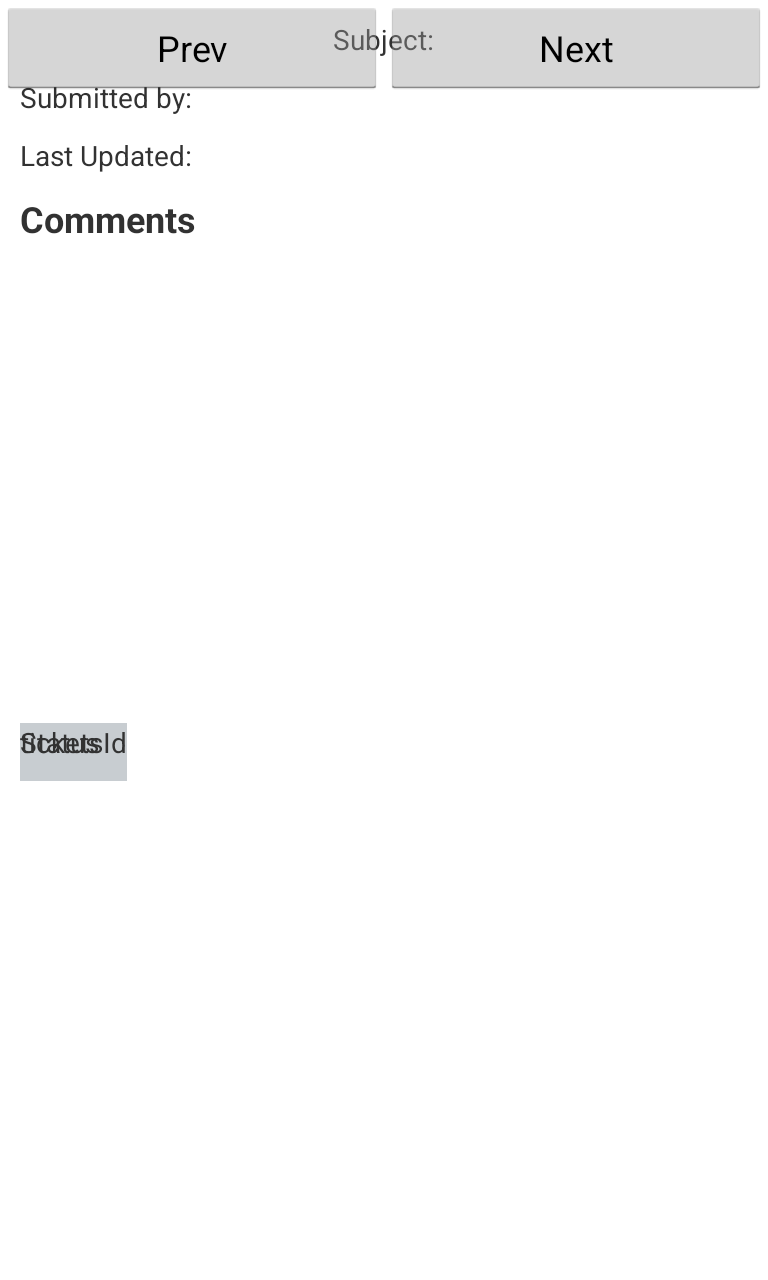
Repository: Pradeep-appstute/First
Layout: Control/res/layout/ticketdetails_view.xml
The author's editor kept a copy of each file at every save. The layout is drawn from the files as they stood at one save, then again after the next save.
It is drawn on a 768 x 1280 px phone screen (xhdpi) without system bars, with theme AppTheme; the app's code is not run. Lists and similar views that code fills are empty.

Above is the layout before, as saved 2014-02-28 10:00:56.

### Control/res/layout/ticketdetails_view.xml
<?xml version="1.0" encoding="utf-8"?>
<RelativeLayout xmlns:android="http://schemas.android.com/apk/res/android"
    android:layout_width="match_parent"
    android:layout_height="match_parent" >

    <LinearLayout
        android:layout_width="match_parent"
        android:layout_height="match_parent"
        android:orientation="vertical"
        android:padding="10dip" >

        <LinearLayout
            android:layout_width="match_parent"
            android:layout_height="wrap_content"
            android:layout_marginBottom="10dp"
            android:gravity="center_horizontal"
            android:orientation="horizontal" >

            <TextView
                android:layout_width="wrap_content"
                android:layout_height="wrap_content"
                android:text="@string/ticketdetails_subject" />

            <TextView
                android:id="@+id/textViewSubjectValue"
                android:layout_width="wrap_content"
                android:layout_height="wrap_content"
                android:text="" />
        </LinearLayout>

        <LinearLayout
            android:layout_width="match_parent"
            android:layout_height="wrap_content"
            android:layout_marginBottom="10dp"
            android:orientation="horizontal" >

            <TextView
                android:layout_width="wrap_content"
                android:layout_height="wrap_content"
                android:text="@string/ticketdetails_submittedby" />

            <TextView
                android:id="@+id/textViewSubmittedByValue"
                android:layout_width="wrap_content"
                android:layout_height="wrap_content"
                android:text="" />
        </LinearLayout>

        <LinearLayout
            android:layout_width="match_parent"
            android:layout_height="wrap_content"
            android:layout_marginBottom="10dp"
            android:orientation="horizontal" >

            <TextView
                android:layout_width="wrap_content"
                android:layout_height="wrap_content"
                android:text="@string/ticketdetails_lastupdated" />

            <TextView
                android:id="@+id/textViewLastUpdatedValue"
                android:layout_width="wrap_content"
                android:layout_height="wrap_content"
                android:text="" />
        </LinearLayout>

        <TextView
            android:layout_width="wrap_content"
            android:layout_height="wrap_content"
            android:text="@string/ticketdetails_comments"
            android:textSize="18dip"
            android:textStyle="bold" />

        <ListView
            android:id="@+id/listViewComment"
            android:layout_width="match_parent"
            android:layout_height="240dp" >
        </ListView>

        <RelativeLayout
            android:layout_width="wrap_content"
            android:layout_height="wrap_content"
            android:background="#4345" >

            <LinearLayout
                android:layout_width="wrap_content"
                android:layout_height="wrap_content"
                android:layout_marginBottom="10dp"
                android:gravity="center_horizontal"
                android:orientation="horizontal" >

                <TextView
                    android:layout_width="wrap_content"
                    android:layout_height="wrap_content"
                    android:text="@string/ticketdetails_ticketsId" />

                <TextView
                    android:id="@+id/textViewticketsIdValue"
                    android:layout_width="wrap_content"
                    android:layout_height="wrap_content"
                    android:text="" />
            </LinearLayout>

            <LinearLayout
                android:layout_width="wrap_content"
                android:layout_height="wrap_content"
                android:layout_marginBottom="10dp"
                android:gravity="center_horizontal"
                android:orientation="horizontal" >

                <TextView
                    android:layout_width="wrap_content"
                    android:layout_height="wrap_content"
                    android:text="@string/ticketdetails_status" />

                <TextView
                    android:id="@+id/textViewStatusValue"
                    android:layout_width="wrap_content"
                    android:layout_height="wrap_content"
                    android:text="" />
            </LinearLayout>
        </RelativeLayout>
    </LinearLayout>

    <LinearLayout
        android:layout_width="match_parent"
        android:layout_height="wrap_content"
        android:orientation="horizontal" >

        <Button
            android:layout_width="fill_parent"
            android:layout_height="wrap_content"
            android:layout_weight="1"
            android:text="@string/ticketdetails_prev" />

        <Button
            android:id="@+id/textViewSubmittedByValue"
            android:layout_width="fill_parent"
            android:layout_height="wrap_content"
            android:layout_weight="1"
            android:text="@string/ticketdetails_next" />
    </LinearLayout>

</RelativeLayout>

### Control/res/values/strings.xml
<?xml version="1.0" encoding="utf-8"?>
<resources>

    <string name="app_name">Control</string>
    <string name="action_settings">Settings</string>
    <string name="Login">Login</string>
    <string name="forgotusername">Forgot Username</string>
    <string name="forgotpassword">Forgot Password</string>

    <!-- AlertDialog -->
    <string name="ok">OK</string>
    <string name="yes">YES</string>
    <string name="no">NO</string>
    <!-- Slider Menu -->
    <string name="emptystring">Control</string>
    <string name="textViewListHeaderMSG">MASERGY</string>

    <!-- Submit Screen -->
    <string name="name">Name:</string>
    <string name="email">Email:</string>
    <string name="phone">Phone:</string>
    <string name="subject">Subject:</string>
    <string name="bundle">Bundle:</string>
    <string name="description">Description:</string>
    <string name="createticket">Create Tciket</string>

    <!-- Ticket Detail Screen -->
    <string name="ticketdetails_subject">Subject:</string>
    <string name="ticketdetails_submittedby">Submitted by:</string>
    <string name="ticketdetails_lastupdated">Last Updated:</string>
    <string name="ticketdetails_comments">Comments</string>
     <string name="ticketdetails_ticketsId">ticketsId</string>
      <string name="ticketdetails_status">Status</string>
    <string name="ticketdetails_next">Next</string>
    <string name="ticketdetails_prev">Prev</string>

</resources>

Loaded but not shown: Control/res/values/styles.xml (common file); Control/res/values-v11/styles.xml (common file); Control/res/values-v14/styles.xml (common file)

After the next save:
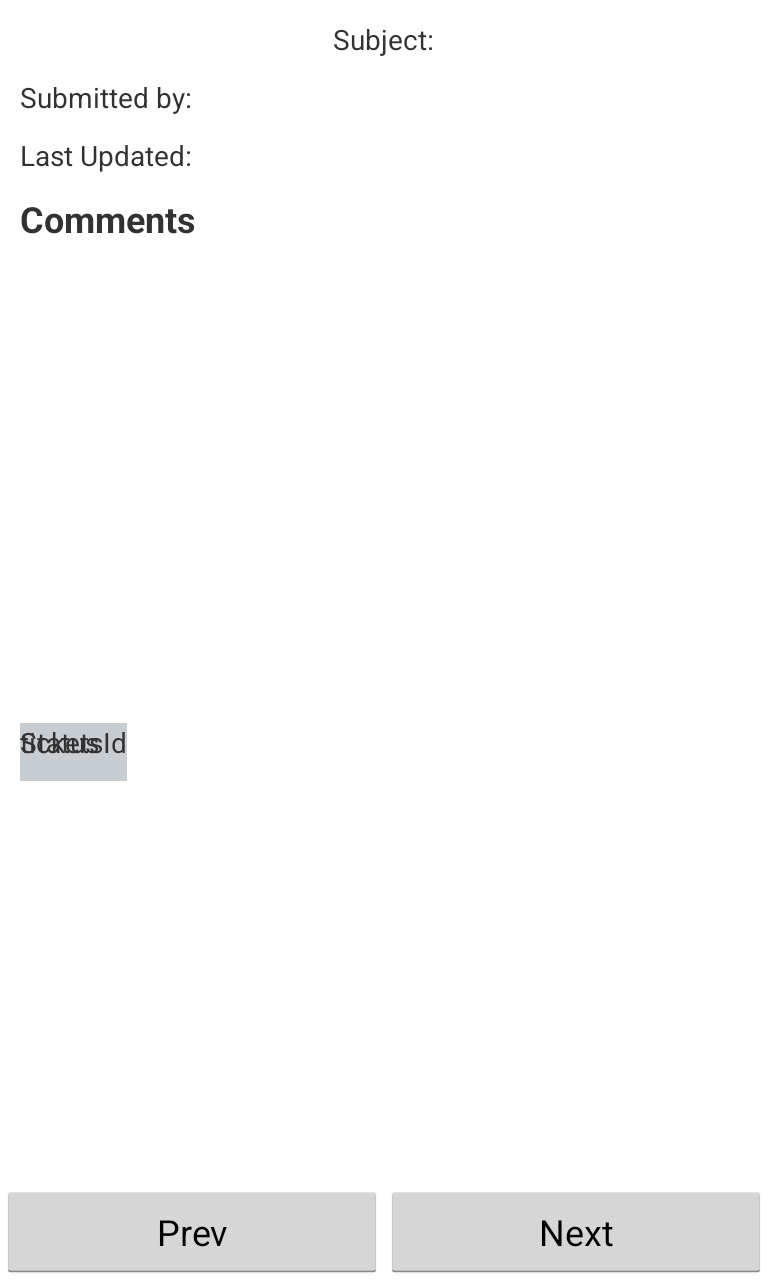
Saved 54 s later.
--- a/Control/res/layout/ticketdetails_view.xml
+++ b/Control/res/layout/ticketdetails_view.xml
@@ -125,7 +125,10 @@
     <LinearLayout
         android:layout_width="match_parent"
         android:layout_height="wrap_content"
-        android:orientation="horizontal" >
+        android:orientation="horizontal"
+        android:layout_alignParentBottom="true"
+        android:layout_alignLeft="true"
+        >
 
         <Button
             android:layout_width="fill_parent"
